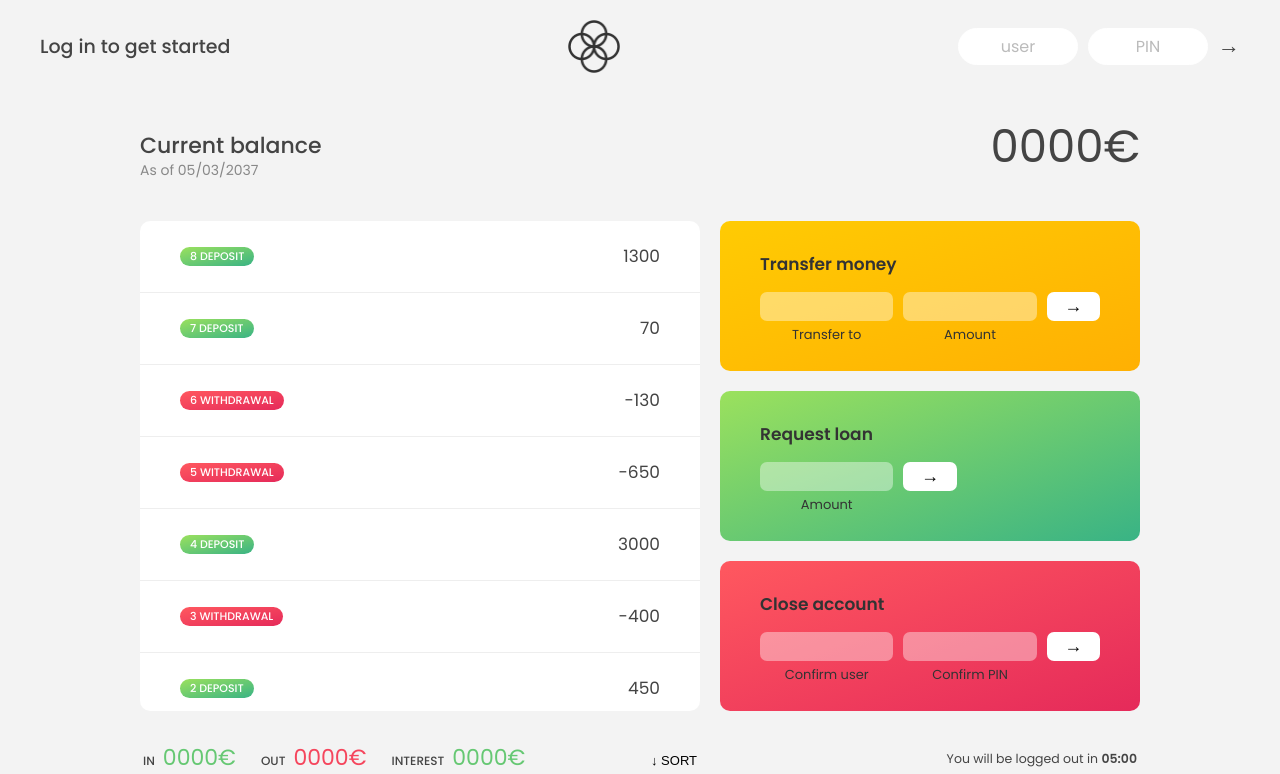
Repository: otvertka/jsc_11
Page: index.html
These files come from the project's save history. The page is drawn as it stood at one moment and after the next save; the edit follows.
The browser window is 1280 px wide. The pictures show the whole page.
An inner scrolling area shows only its first screen.

Above is the page before, as saved 2023-02-01 12:44:15.

After the next save:
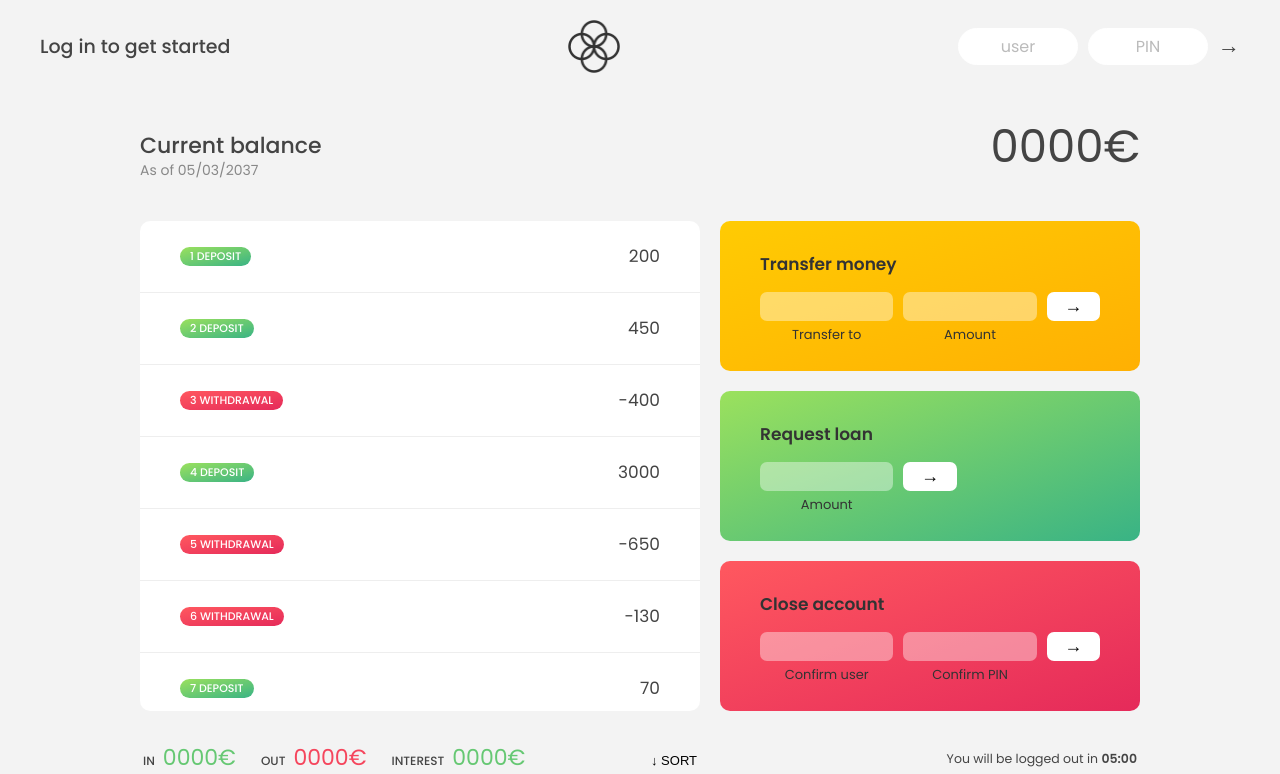
Saved 8 min 23 s later.
--- a/script.js
+++ b/script.js
@@ -196,9 +196,9 @@
     </div>
   `;
 
-    containerMovements.insertAdjacentHTML('afterbegin', html);
+    containerMovements.insertAdjacentHTML('beforeend', html);
   });
 };
-console.log(containerMovements.innerHTML);
+
 displayMovements(account1.movements);
 console.log(containerMovements.innerHTML);

After the save that followed:
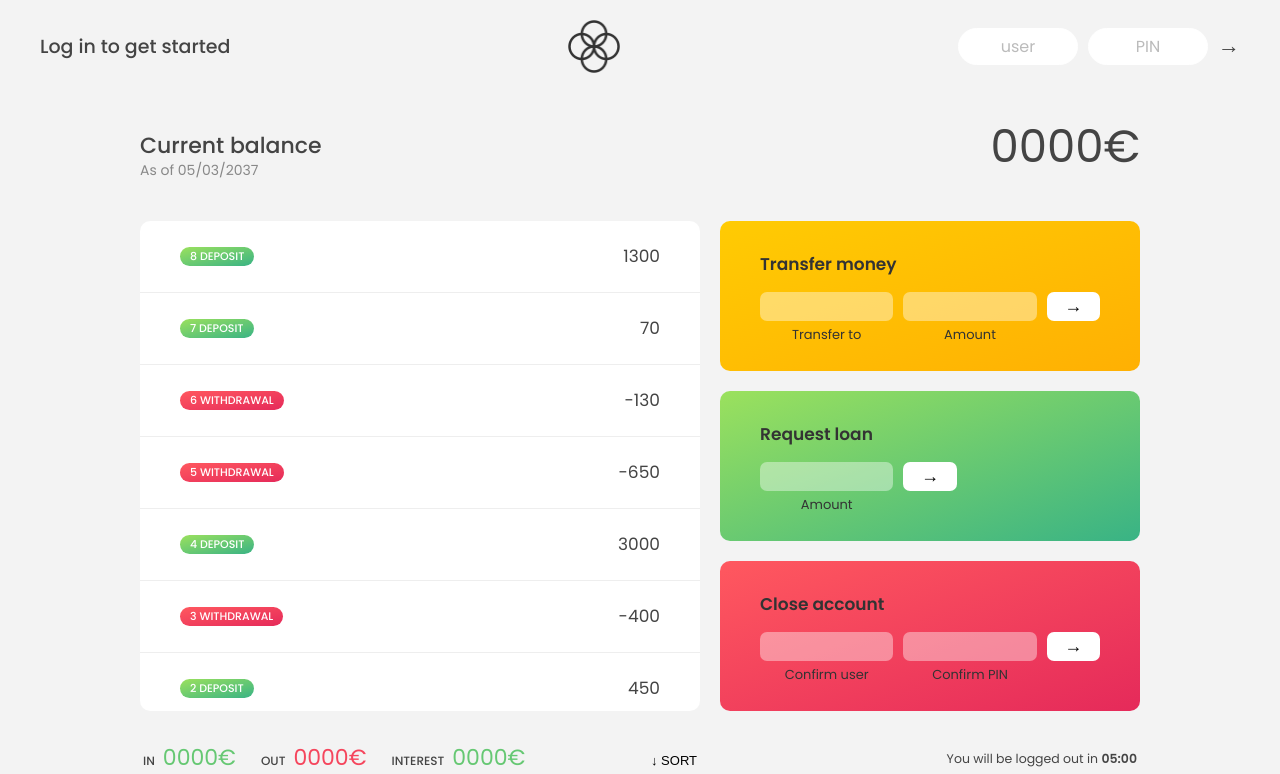
Saved 23 s later.
--- a/script.js
+++ b/script.js
@@ -196,7 +196,7 @@
     </div>
   `;
 
-    containerMovements.insertAdjacentHTML('beforeend', html);
+    containerMovements.insertAdjacentHTML('afterbegin', html);
   });
 };
 
